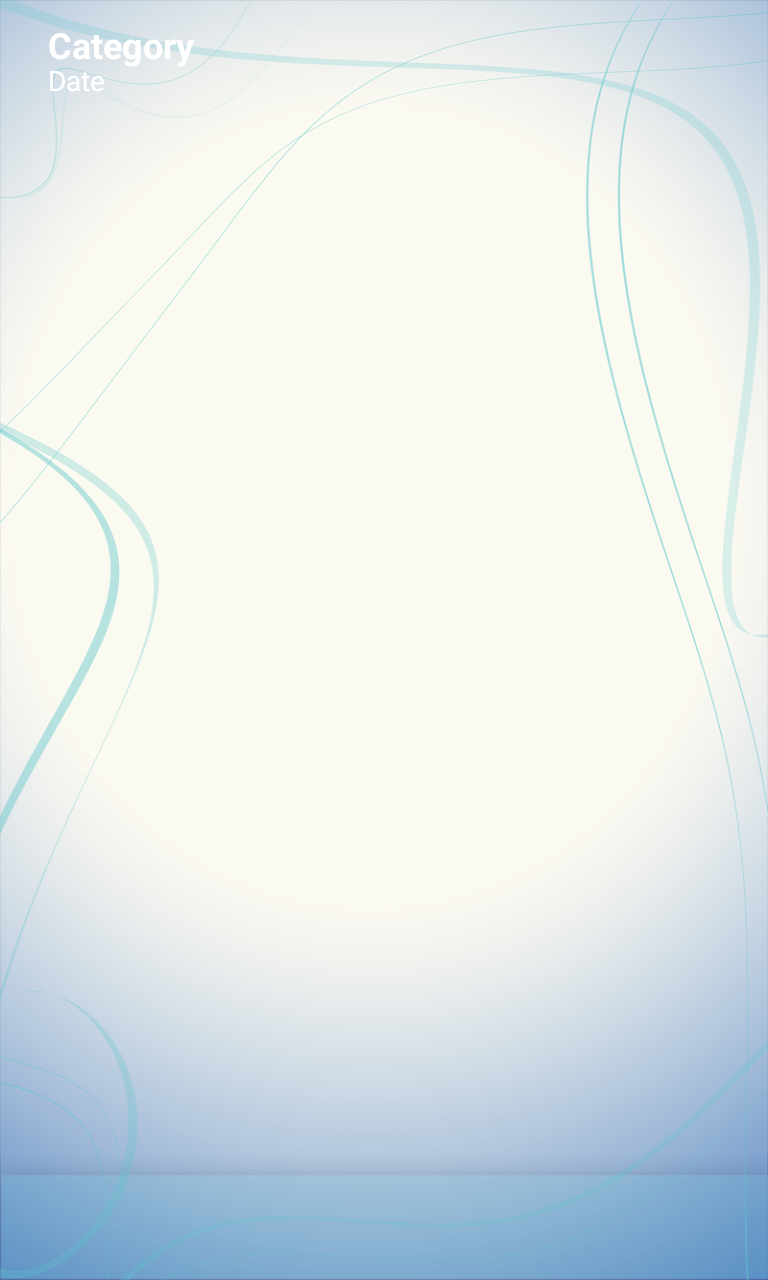
Repository: marlon-rodrigues/Nummus_Android
Layout: Nummus/res/layout/list_incexp.xml
These files come from the project's save history. The layout is drawn as it stood at one moment and after the next save; the edit follows.
It is drawn on a 768 x 1280 px phone screen (xhdpi) without system bars, with theme AppTheme; the app's code is not run.

Above is the layout before, as saved 2012-08-22 15:51:42.

### Nummus/res/layout/list_incexp.xml
<?xml version="1.0" encoding="utf-8"?>
<RelativeLayout xmlns:android="http://schemas.android.com/apk/res/android"
    android:layout_width="match_parent"
    android:layout_height="match_parent"
    android:background="@drawable/emptybackground" >

    <TextView
        android:id="@+id/textCategory"
        android:layout_width="wrap_content"
        android:layout_height="35dp"
        android:layout_alignParentLeft="true"
        android:layout_alignParentTop="false"
        android:layout_marginTop="10dp"
        android:layout_marginLeft="24dp"
        android:text="Category"
        android:textColor="#FFFFFF"
        android:textStyle="bold"
        android:textSize="18sp"/>

    <TextView
        android:id="@+id/textDate"
        android:layout_width="wrap_content"
        android:layout_height="wrap_content"
        android:layout_alignLeft="@+id/textCategory"
        android:layout_below="@+id/textCategory"
        android:layout_marginTop="-15dp"
        android:text="Date"
        android:textColor="#FFFFFF"
        android:textSize="14sp"/>

</RelativeLayout>

### Nummus/res/values/styles.xml
<resources>
    <style name="AppTheme" parent="android:Theme.NoTitleBar.Fullscreen"></style>

</resources>

After the next save:
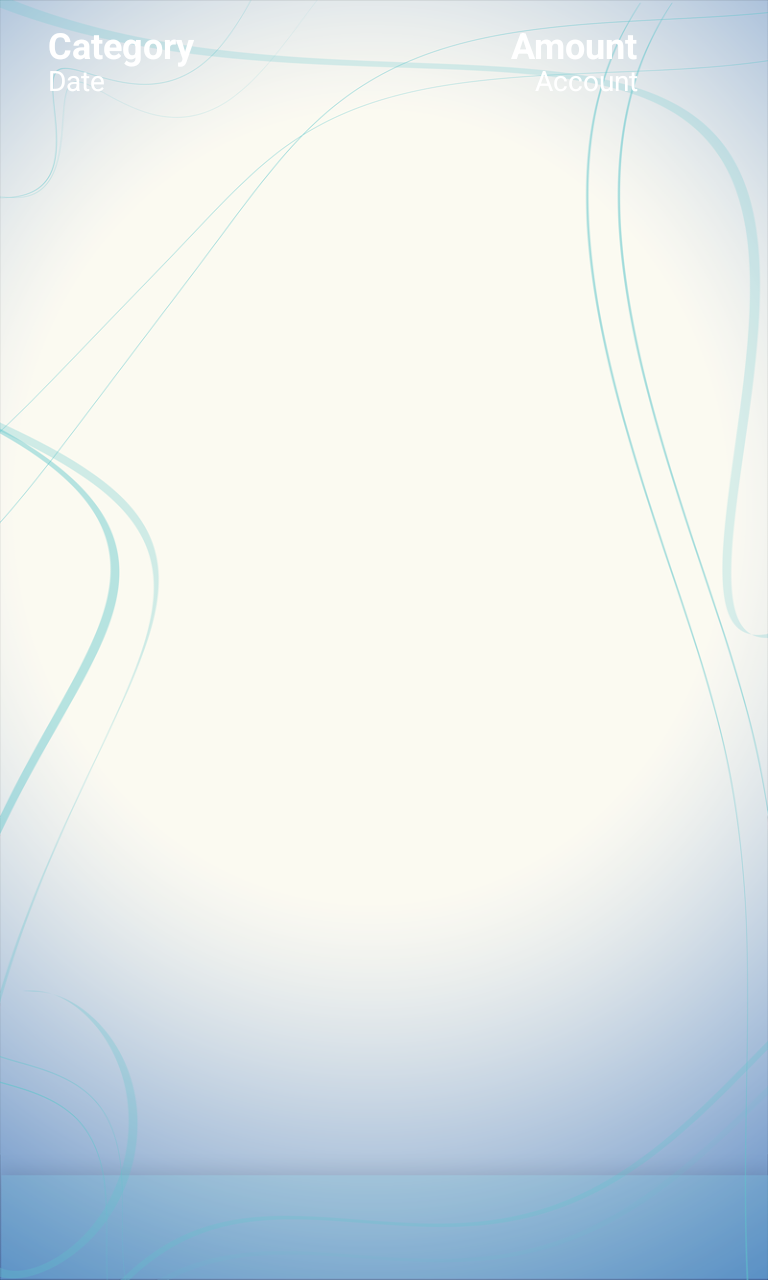
Saved 2 min 20 s later.
--- a/Nummus/res/layout/list_incexp.xml
+++ b/Nummus/res/layout/list_incexp.xml
@@ -28,4 +28,28 @@
         android:textColor="#FFFFFF"
         android:textSize="14sp"/>
 
+	<TextView
+        android:id="@+id/textAmount"
+        android:layout_width="wrap_content"
+        android:layout_height="35dp"
+        android:layout_alignParentRight="true"
+        android:layout_alignParentTop="false"
+        android:layout_marginTop="10dp"
+        android:layout_marginRight="65dp"
+        android:text="Amount"
+        android:textColor="#FFFFFF"
+        android:textStyle="bold"
+        android:textSize="18sp"/>
+
+    <TextView
+        android:id="@+id/textAccount"
+        android:layout_width="wrap_content"
+        android:layout_height="wrap_content"
+        android:layout_alignRight="@+id/textAmount"
+        android:layout_below="@+id/textAmount"
+        android:layout_marginTop="-15dp"
+        android:text="Account"
+        android:textColor="#FFFFFF"
+        android:textSize="14sp"/>
+
 </RelativeLayout>
